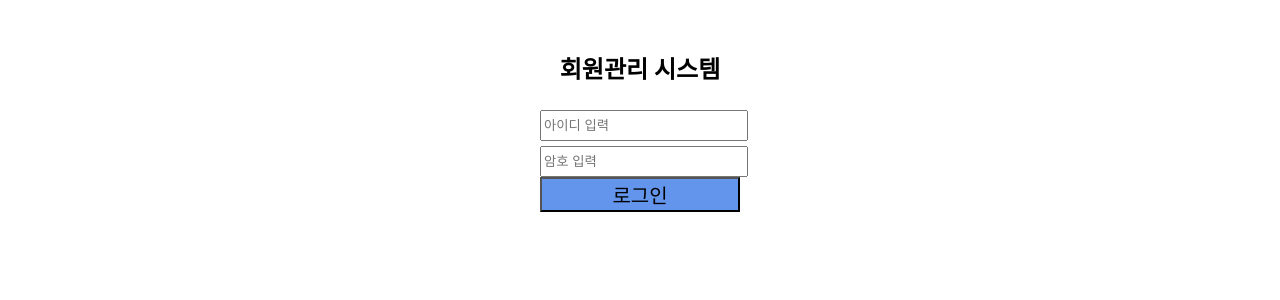
Repository: cdnwell/Jsp
Page: http://localhost/MemberProject/
An editor plug-in stored every save of this project. The page is shown before and after the next save, followed by the edit.
The browser window is 1280 px wide. The pictures show the whole page.
The page is served by Tomcat 9. Other server files are loaded and not shown.

Above is the page before, as saved 2022-07-05 03:18:07.

### MemberProject/src/main/webapp/index.jsp
<%@ page language="java" contentType="text/html; charset=UTF-8"
    pageEncoding="UTF-8"%>
<!DOCTYPE html>
<html>
<head>
<meta charset="UTF-8">
<title>Insert title here</title>
<style>

	#login_box{
		margin : 50px auto;
		width:200px;
	}

	h2{
		text-align : center;
	}

	input{
		margin-top:5px;
		height:25px;
		width : 200px
	}

	button{
		width : 200px;
		font-size : 20px;
		background-color : cornflowerblue;
	}

</style>
</head>
<body>
	<div id="login_box">
	<h2>회원관리 시스템</h2>
	<form action="login.do" method="get">
		<input type="text" placeholder="아이디 입력"> <br>
		<input type="password" placeholder="암호 입력"> <br>
		<button>로그인</button>
	</form>
	</div>
</body>
</html>

After the next save:
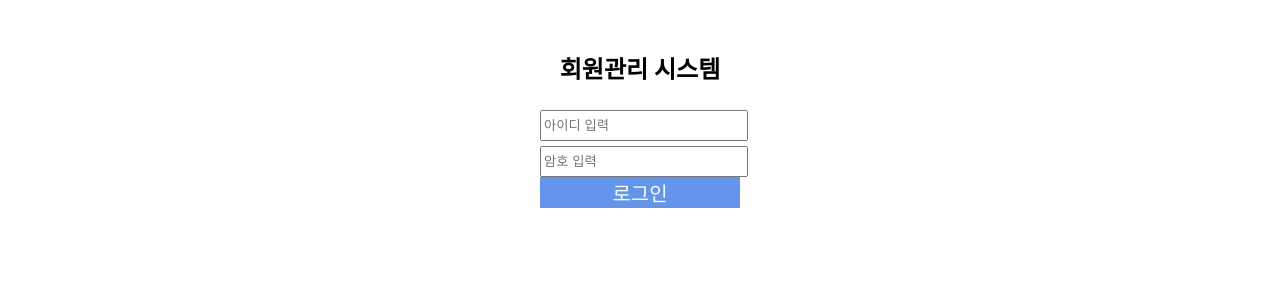
Saved 14 s later.
--- a/MemberProject/src/main/webapp/index.jsp
+++ b/MemberProject/src/main/webapp/index.jsp
@@ -26,6 +26,8 @@
 		width : 200px;
 		font-size : 20px;
 		background-color : cornflowerblue;
+		color : white;
+		border : none;
 	}
 
 </style>
